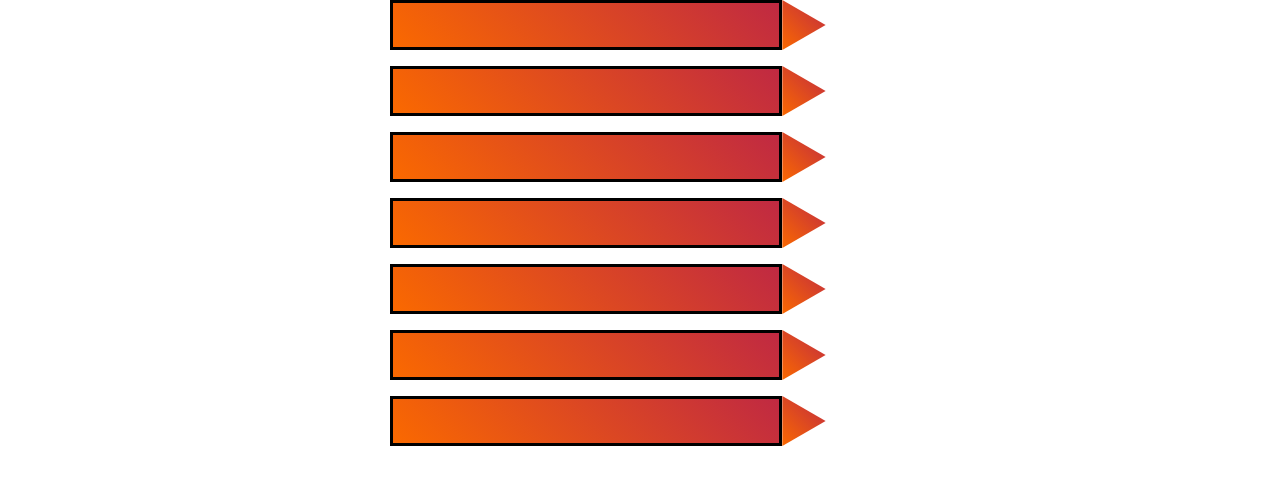
Repository: abdouAppcraft/Predict-DPE
Page: /result
An editor plug-in stored every save of this project. The page is shown before and after the next save, followed by the edit.
The browser window is 1280 px wide. The pictures show the whole page.
The project was rebuilt for these pictures with package versions that can differ from the ones it lists, and the page was loaded fresh each time. Also part of the build but not shown: src/hooks/useDpeOptions.tsx, src/screens/PredictForm/PredictForm.css, src/strings/string.ts, src/utils/computeData.ts, src/screens/PredictForm/PredictForm.tsx.

Above is the page before, as saved 2024-06-12 09:45:59.

After the next save:
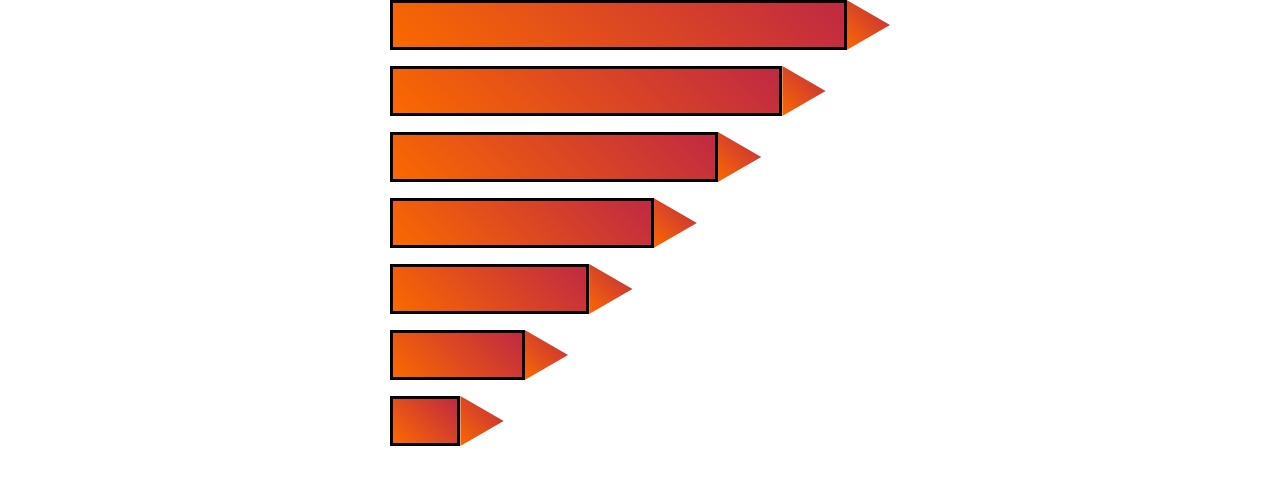
Saved 9 s later.
--- a/src/screens/Result/Result.tsx
+++ b/src/screens/Result/Result.tsx
@@ -17,7 +17,7 @@ const Result: React.FC<Props> = (props) => {
   return (
     <div style={{ maxWidth: 500, margin: "auto" }}>
       {letter.map((l, index) => (
-        <ResultItem flex={(letter.length - 1) / letter.length} />
+        <ResultItem flex={(letter.length - index) / letter.length} />
       ))}
     </div>
   );
